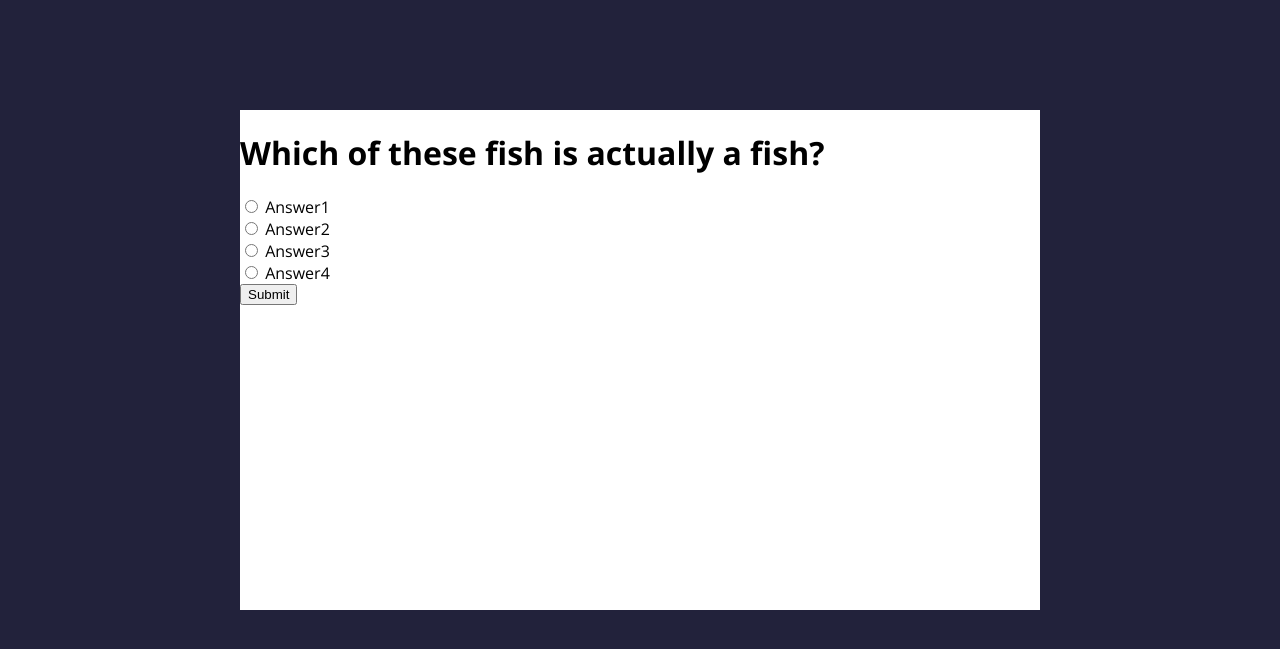
Repository: Wanglongzhi2001/Learn-javascript
Page: quiz/quiz.html
The author's editor kept a copy of each file at every save. The page is drawn from the files as they stood at one save, then again after the next save.
The browser window is 1280 px wide. The pictures show the whole page.

Above is the page before, as saved 2023-02-02 18:00:11.

### quiz/quiz.html
<html lang="en">
<head>
    <meta charset="UTF-8">
    <meta http-equiv="X-UA-Compatible" content="IE=edge">
    <meta name="viewport" content="width=device-width, initial-scale=1.0">
    <!-- 使用谷歌字体 -->
    <link
      href="https://fonts.googleapis.com/css2?family=Open+Sans:wght@300;400;500;600;700;800&display=swap"
      rel="stylesheet"
    />
    <link rel="stylesheet" href="./quiz.css">
    <title>quiz project</title>
</head>
<body>
    <div class="container">
        <div class="game">
            <div class="content">
                <h1 class="question">Which of these fish is actually a fish?</h1>
                <div class="ansers">
                    <div class="anser">
                        <input type="radio" id="answer1" value="false">
                        <label for="answer1">Answer1</label>
                    </div>
                </div>
                <div class="ansers">
                    <div class="anser">
                        <input type="radio" id="answer2" value="false">
                        <label for="answer2">Answer2</label>
                    </div>
                </div>
                <div class="ansers">
                    <div class="anser">
                        <input type="radio" id="answer3" value="false">
                        <label for="answer3">Answer3</label>
                    </div>
                </div>
                <div class="ansers">
                    <div class="anser">
                        <input type="radio" id="answer4" value="false">
                        <label for="answer4">Answer4</label>
                    </div>
                </div>
            </div>
            <button class="submit">Submit</button>
        </div>
        <div class="result">
            <h1>Congratulations</h1>
            <h3 class="correct">Correct Answers: 0</h3>
            <h3 class="wrong">Wrong Answers: 0</h3>
            <h2 class="score">Score: -30</h2>
            <button class="play">Play Again</button>
        </div>
    </div>
    <script src="./quiz.js"></script>
</body>
</html>

### quiz/quiz.css
body{
    background-color: #22223b;
    display: flex;
    align-items: center;
    justify-content: center;
    font-family: 'Open Sans', sans-serif;
}

.container{
    width: 800px;height: 500px;
    background-color: white;
}
.result{
    display: none;
}

Loaded but not shown: quiz/quiz.js (no stored copy; drawn as an empty file)

After the next save:
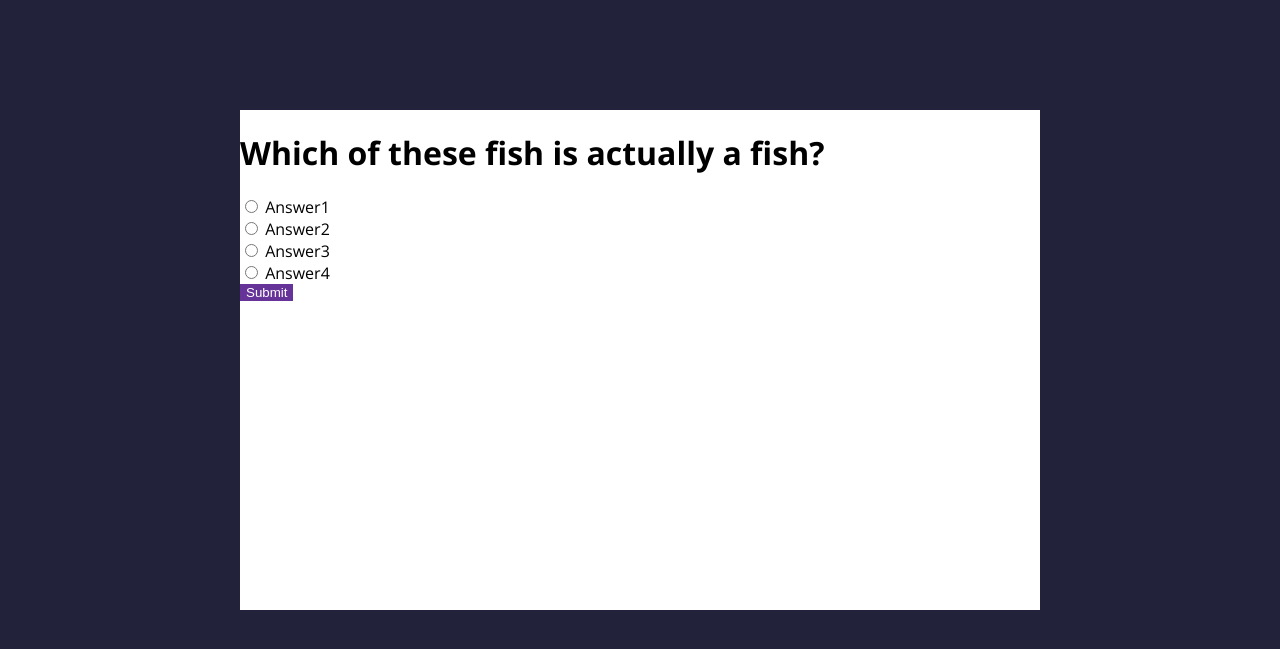
Saved 68 s later.
--- a/quiz/quiz.css
+++ b/quiz/quiz.css
@@ -10,6 +10,14 @@ body{
     width: 800px;height: 500px;
     background-color: white;
 }
+
+/* 使用绝对位置调整submit按钮位置 */
+.submit{
+    background-color: rebeccapurple;
+    color: white;
+    border: none;
+    cursor: pointer;
+}
 .result{
     display: none;
 }
